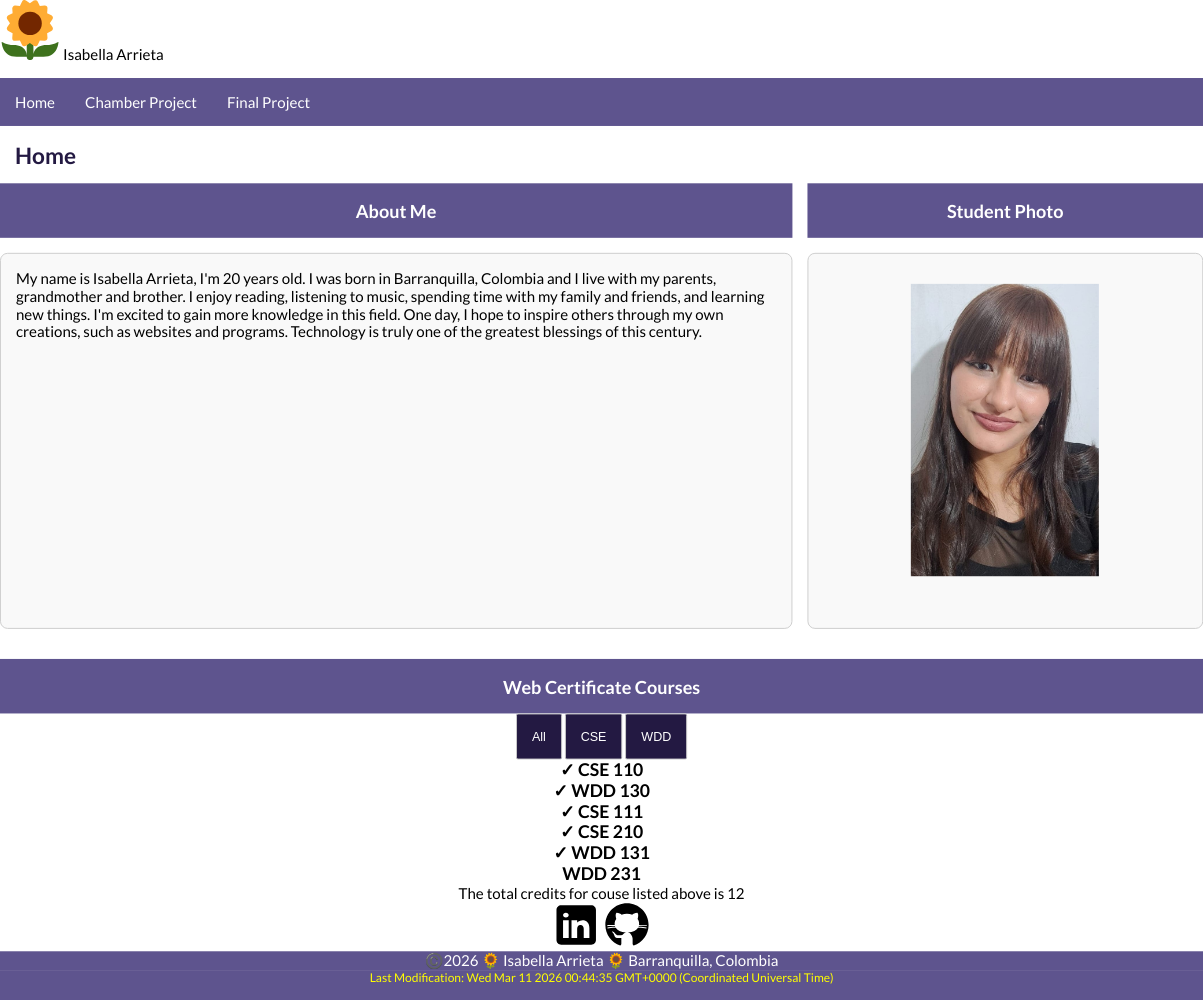
Repository: isaAJ05/wdd231
Page: index.html
The author's editor kept a copy of each file at every save. The page is drawn from the files as they stood at one save, then again after a run of saves.
The browser window is 1280 px wide. The pictures show the whole page, at 94% of full size.
Some web fonts or font styles are not loaded; a fallback is used.

Above is the page before, as saved 2026-03-11 00:54:40.

### index.html
<!DOCTYPE html>
<html lang="en">
<head>
    <meta charset="UTF-8">
    <meta name="viewport" content="width=device-width, initial-scale=1.0">
    <title>WDD 231 – Web Frontend Development I – Isabella Arrieta</title>
    <meta name="description" content="WDD 231 – Web Frontend Development I Isabella Arrieta, This is a page about me">
    <meta name="author" content="Isabella Arrieta">
    <link rel="stylesheet" href="styles/normalize.css">
    <link rel="preconnect" href="https://fonts.googleapis.com">
    <link rel="preconnect" href="https://fonts.gstatic.com" crossorigin>
    <link href="https://fonts.googleapis.com/css2?family=Lato:ital,wght@0,100;0,300;0,400;0,700;0,900;1,100;1,300;1,400;1,700;1,900&family=Open+Sans:ital,wght@0,300..800;1,300..800&family=Play:wght@400;700&family=Raleway:ital,wght@0,100..900;1,100..900&display=swap" rel="stylesheet">
    <script src="scripts/getdates.js" defer></script>
    <script src="scripts/hamburguer.js" defer></script>
    <script src="scripts/courses.js" defer></script>
</head>
<body>
    <header>
        <div class="title">
            <img src="images/sunflower-svgrepo-com.svg" alt="Isabella Arrieta logo">
            <span>Isabella Arrieta</span>
        </div>
        <button id="menu" aria-label="Open menu"></button>
        <nav>
            <ul class="navigation">
			<li><a href="index.html">Home</a></li>
			<li><a href="#" class="chamber">Chamber Project</a></li>
			<li><a href="#" class="final">Final Project</a></li>
		</ul>
        </nav>
    </header>
    <main>
        <h1>Home</h1>
        <section>
         <div class="rectangle">
            <h2>About Me</h2>
            </div>
        <div class="card">
            <p>My name is Isabella Arrieta, I'm 20 years old. I was born in Barranquilla, Colombia and I live with my parents, grandmother and brother. I enjoy reading, listening to music, spending time with my family and friends, and learning new things. I'm excited to gain more knowledge in this field. One day, I hope to inspire others through my own creations, such as websites and programs. Technology is truly one of the greatest blessings of this century.</p>
        </div>
        </section>
        <section>
            <div class="rectangle">
                <h2>Student Photo</h2>
            </div>
            <div class="card">
                <img src="images/isa.jpg" alt="Isabella Arrieta picture">
            </div>
        </section>
        <section>
            <div class="rectangle">
                <h2>Web Certificate Courses</h2>
            </div>
            <div class="course-buttons">
                <button id="all">All</button>
                <button id="cse">CSE</button>
                <button id="wdd">WDD</button>
            </div>
            <div id="courses"></div>
            <p>The total credits for couse listed above is <span id="totalCredits"></span></p>

        </section>
    </main>
    <footer>
        <div class ="icons">
                <a href="https://www.linkedin.com/in/isabella-arrieta/" target="_blank"><img src="images/icons8-linkedin.svg" alt="LinkedIn icon"></a>
                <a href="https://github.com/isaaj05" target="_blank"><img src="images/icons8-github.svg" alt="GitHub icon"></a>
        </div>
        <p>
            ©️<span id="currentyear"></span> 🌻 Isabella Arrieta 🌻 Barranquilla, Colombia
        </p>
        <p class="last-modified">
            <span id="lastModified"></span>
        </p>
    </footer>

</body>
</html>

### styles/normalize.css
:root {
    --primary-color: #231942;
    --secondary-color: #5e548e;
    --font: "Lato", sans-serif;
}
* {
	margin: 0;
	padding: 0;
	box-sizing: border-box;
}
body{
	font-family: var(--font);
}
h1 {
	text-align: left;
	color: var(--primary-color);
	font-size: 1.5rem;
	margin-left: 1rem;
	position: left;
}

h2 {
	font-size: 1.2rem;
	color: #fff;
	text-align: center;
	margin: 1rem;
	}
header {
    position: relative;

}
nav {
	margin: 1rem auto;
}

/* small view navigation */
#menu {
	font-size: 1.5rem;
	border: 0;
	background: none;
	color: #000;
 	position: absolute;
  top: 1rem;
	right: 1rem;
}

#menu::before {
	content: "☰";
}

#menu.open::before {
	content: "✖️";
}

.navigation {
	display: flex;
	flex-direction: column;
	list-style: none;
	background-color: var(--secondary-color);
	color: #fff;
}

.navigation a {
	display: none;
	padding: 1rem;
	text-align: center;
	text-decoration: none;
	color: #fff;
}
.navigation a:hover {
	background-color: #bbb;
	color: #333;
	font-weight: 700;
}

/* when the button is clicked - the open class is toggled (added/removed) */
.open a {
	display: block;
}

.active::before {
	content: "📍";  /* just a wayfinding symbol for the user */
}

.card {
	border: 1px solid #ccc;
	border-radius: 8px;
	padding: 1rem;
	margin: 1rem auto;
	height: 400px;
	background-color: #f9f9f9;
}


.rectangle{
	padding: 0.1rem;
	background-color: var(--secondary-color);

}

.card img{
	width: 200px;
	height: auto;
	display: block;
	margin: 1rem auto;
}
#all, #cse , #wdd {
	background-color: var(--primary-color);
	color: #fff;
	cursor: pointer;
	border: 1px solid #ccc;
	border-radius: 2px;
	padding:  1rem;

}
//
button {
	border: 1px solid #ccc;
	border-radius: 2px;
	width: 100%;
	padding: 0.8rem 1rem;
	cursor: pointer;
	margin-top: 0.5rem;
	font-weight: bold;
	font-size: large;
}
button:hover {
	background-color: #ccc9dc;
    cursor: pointer;
	border: 1px solid gray;
}
footer {
    color:  #fff;
    text-align: center;
}
footer p {
    background: var(--secondary-color);
}
.last-modified {
    font-size: 0.8rem;
    color: yellow;
	padding-bottom: 1rem;
}

/* large view navigation ************************************/
@media (min-width: 37.5em) {

	 main {
        display: grid;
        grid-template-columns: 2fr 1fr;
        gap: 1rem;

    }

    main h1 {
        grid-column: 1 / -1;
    }

	main section:last-of-type {
    grid-column: 1 / -1;
	text-align: center;
    }

	#menu {
		display: none; /* hide hamburger button */
	}

	.navigation {
		flex-direction: row;
	}

	.navigation a {
		display: block;
		flex: 1 1 100%;
	}

}

### scripts/getdates.js
const year = document.querySelector("#currentyear");
const today = new Date();
year.innerHTML = `<span class="highlight">${today.getFullYear()}</span>`;
const lastMod = document.querySelector("#lastModified");
let oLastModif = new Date(document.lastModified);
lastMod.innerHTML = `Last Modification: <span class="highlight">${oLastModif}</span>`;

### scripts/hamburguer.js
const hamButton = document.querySelector('#menu');
const navigation = document.querySelector('.navigation');
const title = document.querySelector('.title');

hamButton.addEventListener('click', () => {
	navigation.classList.toggle('open');
    hamButton.classList.toggle('open');
    title.classList.toggle('open');
});

### scripts/courses.js
// here we select the elements we need to interact with
const courseContainer = document.querySelector("#courses"); // container for the course cards
const totalCredits = document.querySelector("#totalCredits"); // element to display total credits
// buttons to filter courses
const allBtn = document.querySelector("#all");
const cseBtn = document.querySelector("#cse");
const wddBtn = document.querySelector("#wdd");
// array given by the university with all the courses in the web certificate program
const courses = [
    {
        subject: 'CSE',
        number: 110,
        title: 'Introduction to Programming',
        credits: 2,
        certificate: 'Web and Computer Programming',
        description: 'This course will introduce students to programming. It will introduce the building blocks of programming languages (variables, decisions, calculations, loops, array, and input/output) and use them to solve problems.',
        technology: [
            'Python'
        ],
        completed: true
    },
    {
        subject: 'WDD',
        number: 130,
        title: 'Web Fundamentals',
        credits: 2,
        certificate: 'Web and Computer Programming',
        description: 'This course introduces students to the World Wide Web and to careers in web site design and development. The course is hands on with students actually participating in simple web designs and programming. It is anticipated that students who complete this course will understand the fields of web design and development and will have a good idea if they want to pursue this degree as a major.',
        technology: [
            'HTML',
            'CSS'
        ],
        completed: true
    },
    {
        subject: 'CSE',
        number: 111,
        title: 'Programming with Functions',
        credits: 2,
        certificate: 'Web and Computer Programming',
        description: 'CSE 111 students become more organized, efficient, and powerful computer programmers by learning to research and call functions written by others; to write, call , debug, and test their own functions; and to handle errors within functions. CSE 111 students write programs with functions to solve problems in many disciplines, including business, physical science, human performance, and humanities.',
        technology: [
            'Python'
        ],
        completed: true
    },
    {
        subject: 'CSE',
        number: 210,
        title: 'Programming with Classes',
        credits: 2,
        certificate: 'Web and Computer Programming',
        description: 'This course will introduce the notion of classes and objects. It will present encapsulation at a conceptual level. It will also work with inheritance and polymorphism.',
        technology: [
            'C#'
        ],
        completed: true
    },
    {
        subject: 'WDD',
        number: 131,
        title: 'Dynamic Web Fundamentals',
        credits: 2,
        certificate: 'Web and Computer Programming',
        description: 'This course builds on prior experience in Web Fundamentals and programming. Students will learn to create dynamic websites that use JavaScript to respond to events, update content, and create responsive user experiences.',
        technology: [
            'HTML',
            'CSS',
            'JavaScript'
        ],
        completed: true
    },
    {
        subject: 'WDD',
        number: 231,
        title: 'Frontend Web Development I',
        credits: 2,
        certificate: 'Web and Computer Programming',
        description: 'This course builds on prior experience with Dynamic Web Fundamentals and programming. Students will focus on user experience, accessibility, compliance, performance optimization, and basic API usage.',
        technology: [
            'HTML',
            'CSS',
            'JavaScript'
        ],
        completed: false
    }
]
// function to display the courses on the page
function displayCourses(courseList) {
    courseContainer.innerHTML = ""; // clear the container before adding new courses

    courseList.forEach(course => {
        const card = document.createElement("div"); // create a card for each course
        card.classList.add("course-card");

        if (course.completed) {
            card.classList.add("completed");// add a class to indicate the course is completed
        }

        card.innerHTML = `
            <h3>${course.completed ? '✓' : ''} ${course.subject} ${course.number}</h3>
        `;

        courseContainer.appendChild(card); // add the card to the container
    });

    calculateCredits(courseList);
}
function calculateCredits(courseList) {
    const total = courseList.reduce((sum, course) => sum + course.credits, 0); // calculate the total credits by summing the credits of all courses in the list
    totalCredits.textContent = total;
}

allBtn.addEventListener("click", () => {
    displayCourses(courses);
});

cseBtn.addEventListener("click", () => {
    const cseCourses = courses.filter(course => course.subject === "CSE");
    displayCourses(cseCourses);
});

wddBtn.addEventListener("click", () => {
    const wddCourses = courses.filter(course => course.subject === "WDD");
    displayCourses(wddCourses);
});

displayCourses(courses);

After the next 2 saves:
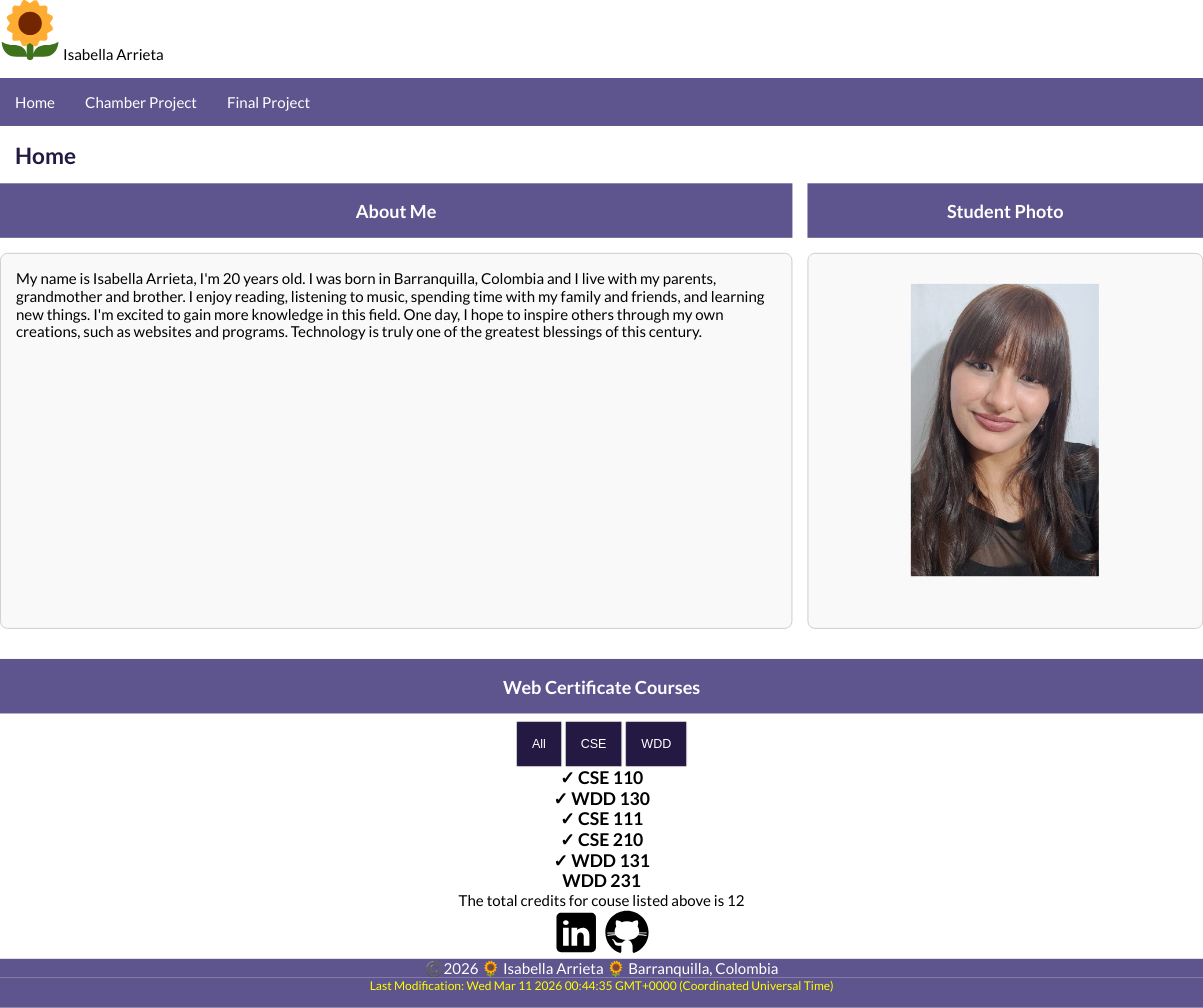
The 2 saves are shown as one change because they came seconds apart.
The last was saved 15 s later.
--- a/styles/normalize.css
+++ b/styles/normalize.css
@@ -111,6 +111,7 @@ nav {
 	border: 1px solid #ccc;
 	border-radius: 2px;
 	padding:  1rem;
+	margin-top: 0.5rem;
 
 }
 //
